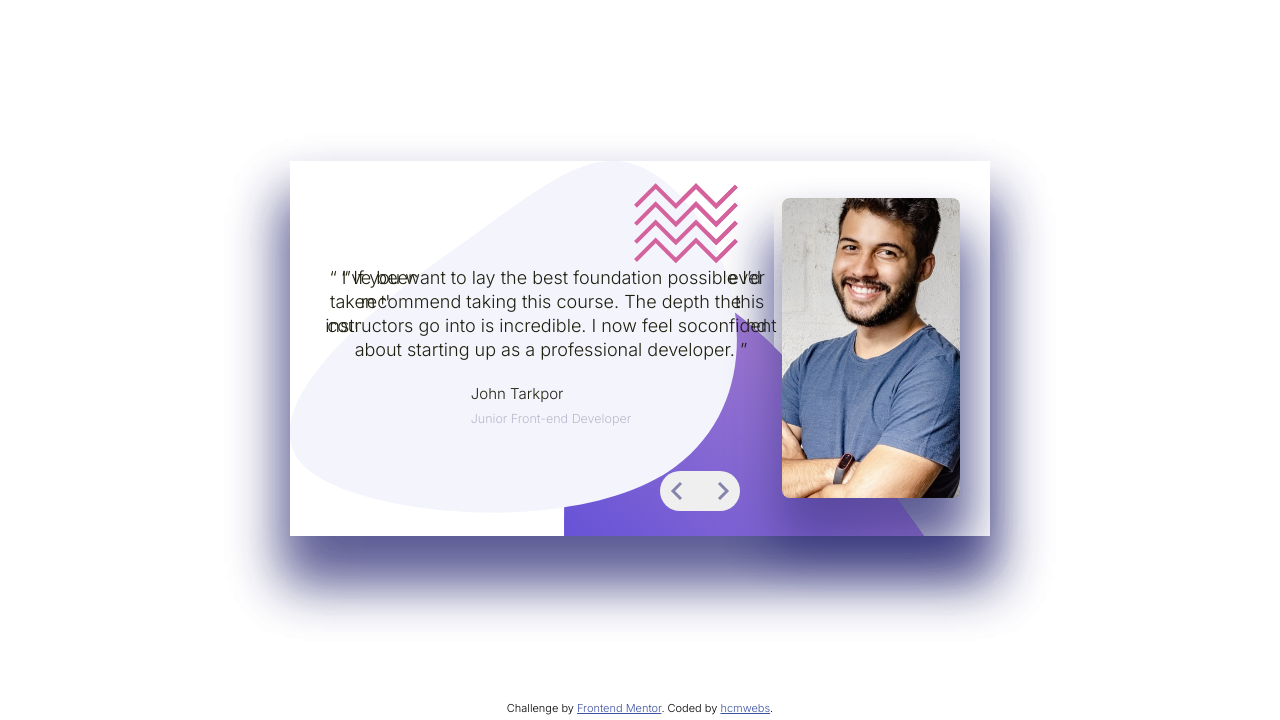
Repository: Hcmwebs/Coding-Bootcamp-Testimonials
Page: index.html
An editor plug-in stored every save of this project. The page is shown before and after the next save, followed by the edit.
The browser window is 1280 px wide. The pictures show the whole page.
The style sheet was rebuilt from its Sass, Less or Tailwind sources for each picture, by a compiler version that may differ from the author's.

Above is the page before, as saved 2020-10-31 06:54:33.

After the next save:
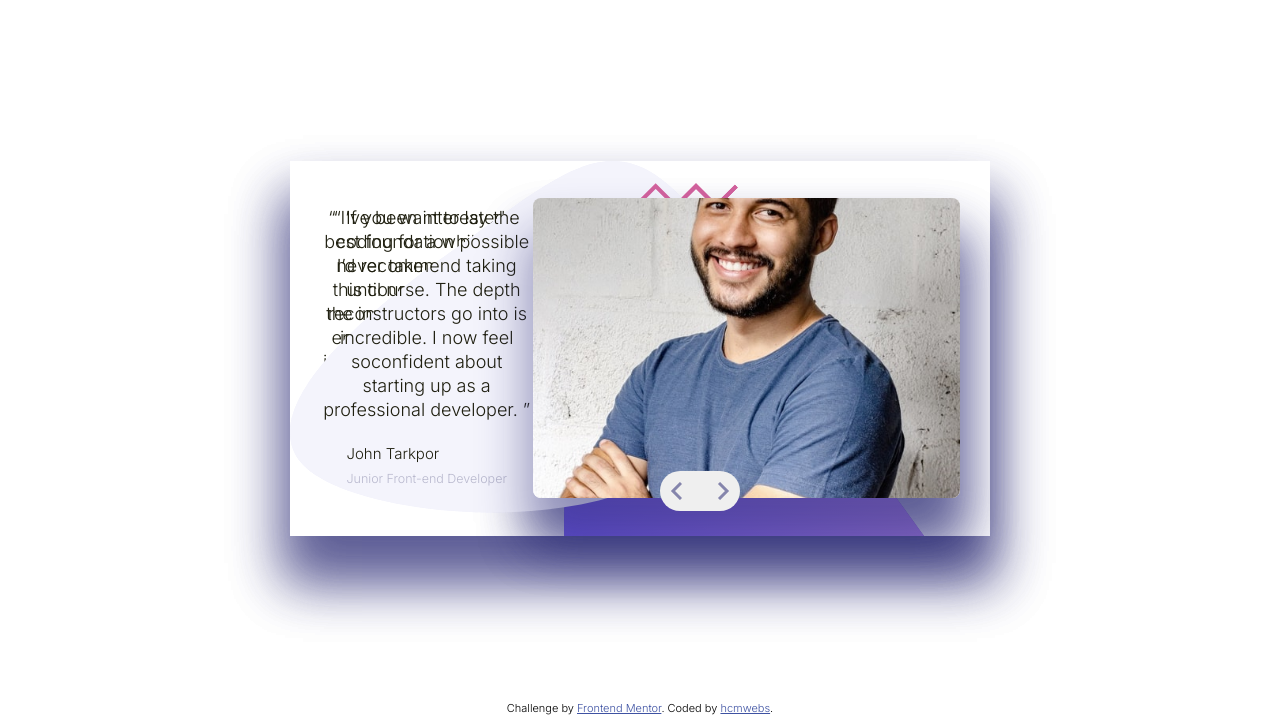
Saved 81 s later.
--- a/scss/main.scss
+++ b/scss/main.scss
@@ -160,8 +160,11 @@
     flex-direction: row-reverse;
     background-size: cover;
 
+    &__head{
+      width: 50%;
+    }
     &__body{
-      width: auto;
+      width: 50%;
     }
   }
 

After the 2 saves that followed:
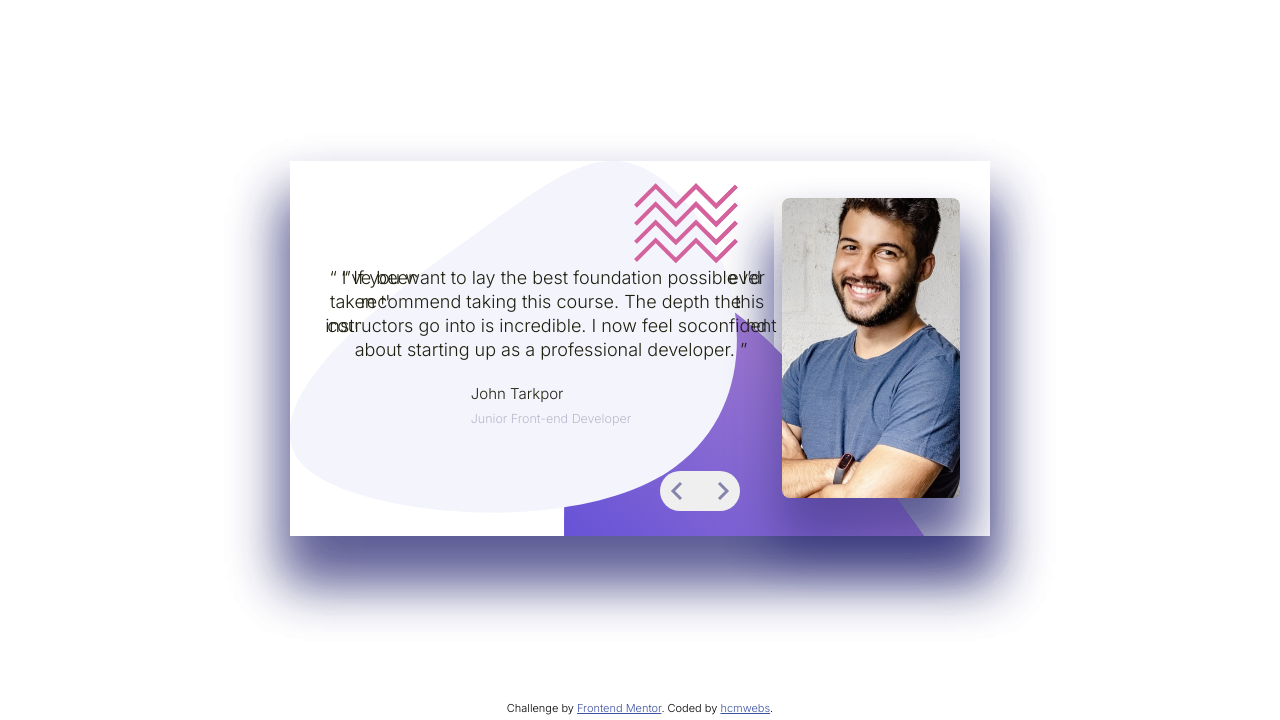
The 2 saves are shown as one change because 1 left the picture as it was.
The last was saved 96 s later.
--- a/scss/main.scss
+++ b/scss/main.scss
@@ -161,10 +161,10 @@
     background-size: cover;
 
     &__head{
-      width: 50%;
+      width: 300px;
     }
     &__body{
-      width: 50%;
+      width:auto ;
     }
   }
 
